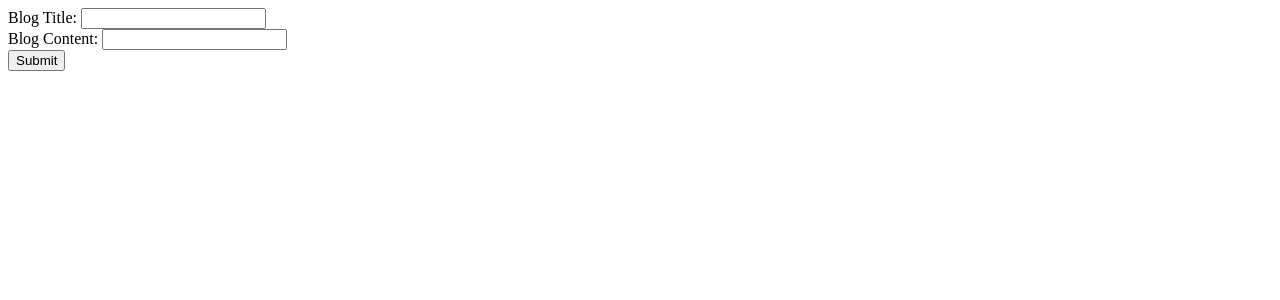
Repository: aneishkumar/AngularJS-Application
Page: Angularjs-Application-march1st/project2/WebContent/addblog.html
An editor plug-in stored every save of this project. The page is shown before and after the next save, followed by the edit.
The browser window is 1280 px wide. The pictures show the whole page.

Above is the page before, as saved 2018-02-27 11:25:03.

After the next save:
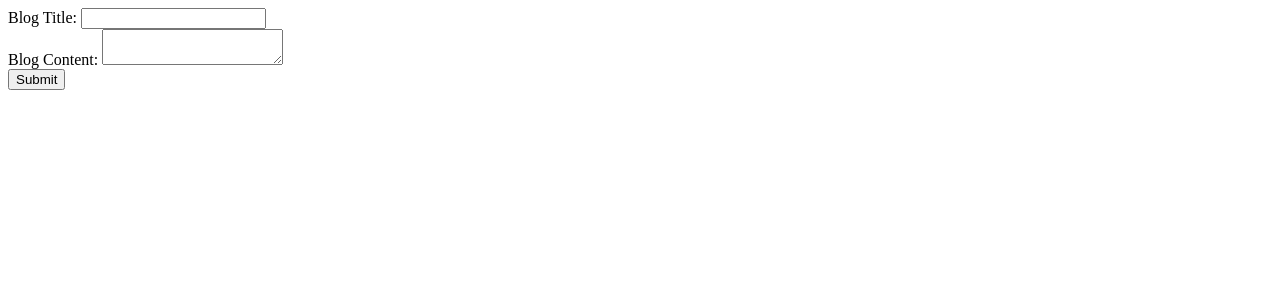
Saved 119 s later.
--- a/Angularjs-Application-march1st/project2/WebContent/addblog.html
+++ b/Angularjs-Application-march1st/project2/WebContent/addblog.html
@@ -6,7 +6,7 @@
 </div>
 <div class="form-group">
 <label>Blog Content: </label>
-<input type="text" ng-model="blog.blogcontent">
+<textarea  ng-model="blog.blogcontent"></textarea>
 </div>
 <input type="submit" ng-click="addblog(blog)">
 
